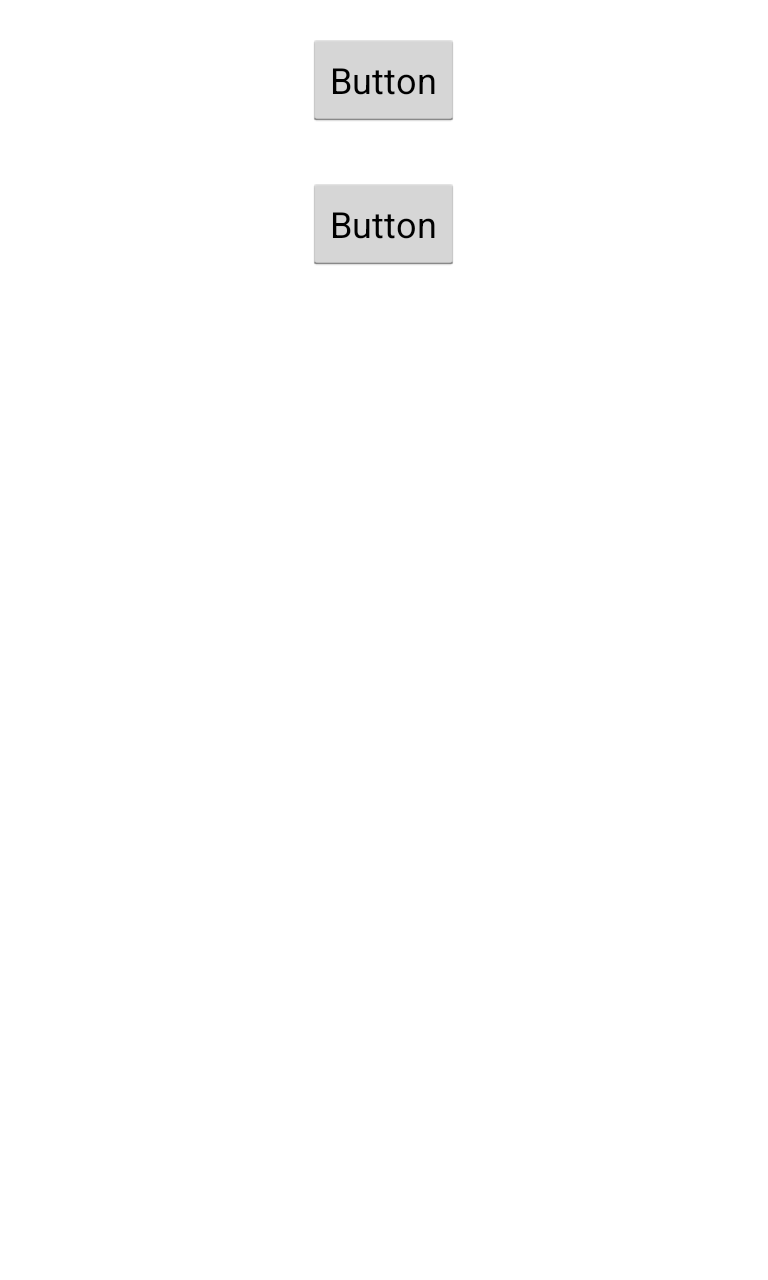
Repository: DongHuaLu/android
Layout: 31Service/res/layout/activity_main.xml
An editor plug-in stored every save of this project. The layout is shown before and after the next save, followed by the edit.
It is drawn on a 768 x 1280 px phone screen (xhdpi) without system bars, with theme AppTheme; the app's code is not run.

Above is the layout before, as saved 2013-08-29 10:04:00.

After the next save:
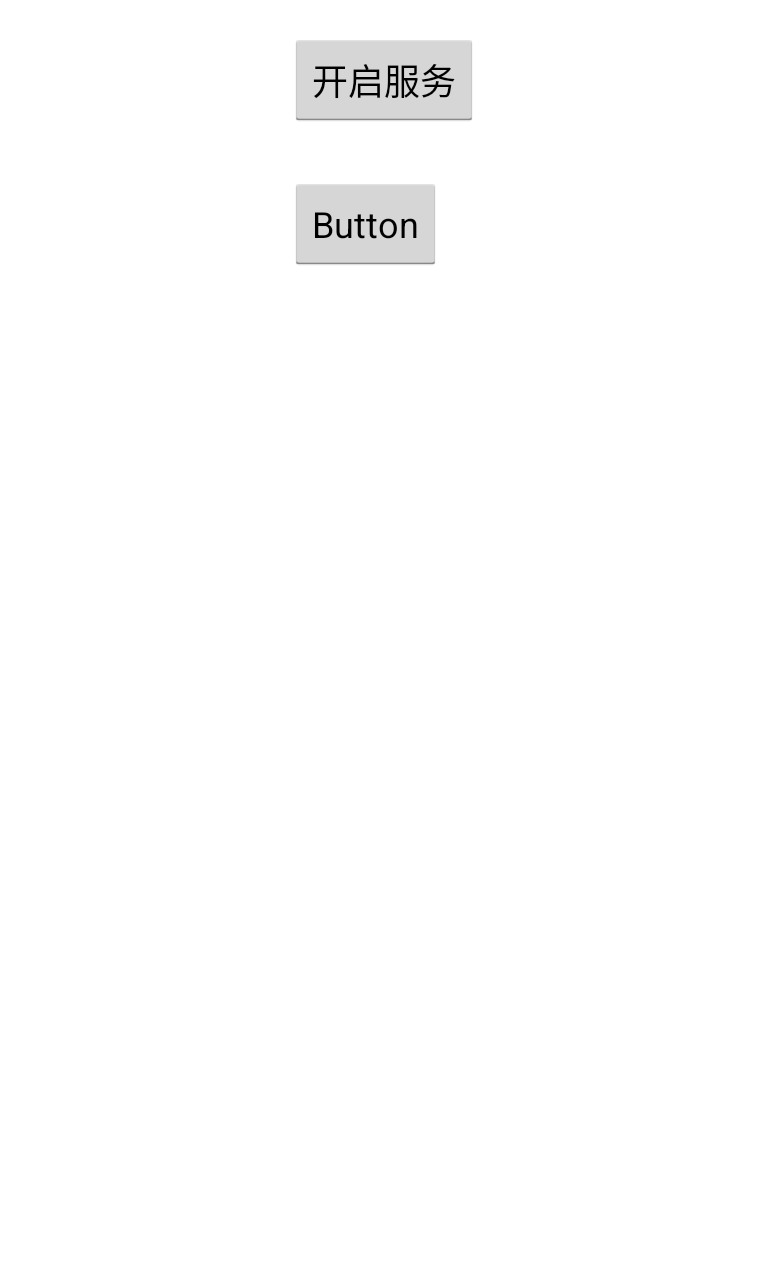
Saved 10 s later.
--- a/31Service/res/layout/activity_main.xml
+++ b/31Service/res/layout/activity_main.xml
@@ -14,7 +14,7 @@
         android:layout_width="wrap_content"
         android:layout_height="wrap_content"
         android:layout_centerHorizontal="true"
-        android:text="Button" />
+        android:text="开启服务" />
 
     <Button
         android:id="@+id/button2"
